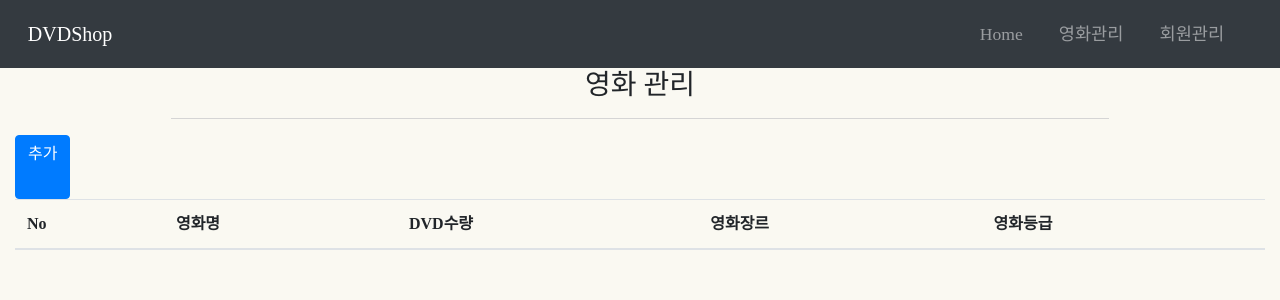
Repository: afterup/dvdshop
Page: http://localhost/shop_project/admin
These files come from the project's save history. The page is drawn as it stood at one moment and after the next save; the edit follows.
The browser window is 1280 px wide. The pictures show the whole page.
The page is served by Tomcat 9. Other server files are loaded and not shown. Queries for data that is not in the repository find no rows.

Above is the page before, as saved 2019-08-14 10:32:55.

### shop_project/WebContent/view/manager/admin.jsp
<%@ page language="java" contentType="text/html; charset=UTF-8"
	pageEncoding="UTF-8"%>
<%@taglib uri="http://java.sun.com/jsp/jstl/core"  prefix="c"%>
<!DOCTYPE html>
<html>

<head>
<meta charset="UTF-8">
<meta name="viewport" content="width=device-width, initial-scale=1.0">
<meta http-equiv="X-UA-Compatible" content="ie=edge">
<title>Document</title>
<link rel="stylesheet"
	href="https://stackpath.bootstrapcdn.com/bootstrap/4.3.1/css/bootstrap.min.css"
	integrity="sha384-ggOyR0iXCbMQv3Xipma34MD+dH/1fQ784/j6cY/iJTQUOhcWr7x9JvoRxT2MZw1T"
	crossorigin="anonymous">
<link rel="stylesheet" href="./css/style.css">
<link rel="stylesheet" href="https://maxcdn.bootstrapcdn.com/font-awesome/4.7.0/css/font-awesome.min.css">
</head>

<body id="adminPage">

	<!-- Navigation -->
	<%@ include file="/view/manager/adminHeader.jsp" %>

	<div class="container-fluid">
			<h3 class="text-center">영화 관리</h3>
			<hr class="light">
			<a href="admin?action=create" class="btn btn-primary padding">추가</a>
			<table class="table table-striped">
				<thead>
					<tr>
						<th scope="col">No</th>
						<th scope="col">영화명</th>
						<th scope="col">DVD수량</th>
						<th scope="col">영화장르</th>
						<th scope="col">영화등급</th>
					</tr>
				</thead>
				<tbody>
				<c:forEach items="${movieList }" var="movie">
						<tr>
							<th scope="row">${movie.MOVIEID }</th>
							<td>${movie.MOVIENM }</td>
							<td>${movie.DVDAMOUNT }</td>
							<td>${movie.GENRENM }</td>
							<td>${movie.WATCHGRADENM }</td>
							<td>
								<a class="btn btn-danger" href="admin?action=update&no=${movie.MOVIEID }">UP</a>
								<a class="btn btn-basic" href="admin?action=delete&no=${movie.MOVIEID }">DE</a>
							</td>
						</tr>
				</c:forEach>
				</tbody>
			</table>
		</div>

	<script src="https://code.jquery.com/jquery-3.3.1.slim.min.js"
		integrity="sha384-q8i/X+965DzO0rT7abK41JStQIAqVgRVzpbzo5smXKp4YfRvH+8abtTE1Pi6jizo"
		crossorigin="anonymous">

	</script>
	<script
		src="https://cdnjs.cloudflare.com/ajax/libs/popper.js/1.14.7/umd/popper.min.js"
		integrity="sha384-UO2eT0CpHqdSJQ6hJty5KVphtPhzWj9WO1clHTMGa3JDZwrnQq4sF86dIHNDz0W1"
		crossorigin="anonymous">

	</script>
	<script
		src="https://stackpath.bootstrapcdn.com/bootstrap/4.3.1/js/bootstrap.min.js"
		integrity="sha384-JjSmVgyd0p3pXB1rRibZUAYoIIy6OrQ6VrjIEaFf/nJGzIxFDsf4x0xIM+B07jRM"
		crossorigin="anonymous">

	</script>
</body>


</html>

### shop_project/WebContent/view/manager/adminHeader.jsp
<%@ page language="java" contentType="text/html; charset=UTF-8"
    pageEncoding="UTF-8"%>
<!DOCTYPE html>
<html>
<head>
<meta charset="UTF-8">
<title>Insert title here</title>
</head>
<body>
	<nav class="navbar navbar-expand-md navbar-dark bg-dark sticky-top">
		<div class="container-fluid">
			<a href="movie" class="navbar-brand">DVDShop</a>
			<button class="navbar-toggler" type="button" data-toggle="collapse"
				data-target="#navbarResponsive">
				<span class="navbar-toggler-icon"></span>
			</button>
			<div class="collapse navbar-collapse" id="navbarResponsive">
				<ul class="navbar-nav ml-auto">
					<li class="nav-item"><a class="nav-link" href="movie">Home</a></li>
					<li class="nav-item"><a class="nav-link" href="admin">영화관리</a></li>
					<li class="nav-item"><a class="nav-link"
						href="admin?action=user">회원관리</a></li>
				</ul>
			</div>
		</div>
	</nav>


</body>
</html>

### shop_project/src/com/movie/control/AdminServlet.java
package com.movie.control;

import java.io.IOException;
import java.sql.SQLException;
import java.util.List;

import javax.servlet.ServletException;
import javax.servlet.http.HttpServlet;
import javax.servlet.http.HttpServletRequest;
import javax.servlet.http.HttpServletResponse;

import com.movie.model.dao.AdminDAO;
import com.movie.model.dao.MovieDAO;
import com.movie.model.vo.MovieInfo;

public class AdminServlet extends HttpServlet {

	@Override
	protected void doPost(HttpServletRequest req, HttpServletResponse resp) throws ServletException, IOException {
		super.doPost(req, resp);
	}

	@Override
	protected void service(HttpServletRequest request, HttpServletResponse response) throws ServletException, IOException {

		request.setCharacterEncoding("UTF-8");

		String action = request.getParameter("action");
		System.out.println("action>"+action);

		AdminDAO dao = new AdminDAO();

		if(action==null) { //Admin 관리페이지. 영화
			try {
				List<MovieInfo> movieList = dao.selectAll();
				request.setAttribute("movieList", movieList);
			} catch (SQLException e) {
				e.printStackTrace();
			}
			request.getRequestDispatcher("/view/manager/admin.jsp").forward(request,response);
		}else if(action.equals("update")) {//영화 수정페이지
			try {
				int no = Integer.parseInt(request.getParameter("no"));
				System.out.println(no);
				List<MovieInfo> movieInfo = dao.selectInfo(no);
				request.setAttribute("movie", movieInfo.get(0));
				request.getRequestDispatcher("/view/manager/admin_update.jsp").forward(request,response);
			} catch (SQLException e) {
				e.printStackTrace();
			}
		}else if(action.equals("updateAction")) {//업데이트
			int movieid = Integer.parseInt(request.getParameter("no"));
			String movieNm = request.getParameter("movienm");
			String genreNm = request.getParameter("genrenm");
			String supervison = request.getParameter("supervison");
			String watchGradenm = request.getParameter("watchgradenm");
			String movieDesc = request.getParameter("moviedesc");
			int dvdamount = Integer.parseInt(request.getParameter("dvdamount"));

			MovieInfo movie = new MovieInfo(movieid,movieNm,null,movieDesc,genreNm,supervison,watchGradenm,dvdamount);
			System.out.println(movie);

			try {
				if(dao.updateMovie(movie)==1) {
					System.out.println("수정완료");
				}else {
					System.out.println("수정실패");
				}
				response.sendRedirect("admin");
			} catch (SQLException e) {
				e.printStackTrace();
			}
		}else if(action.equals("delete")) {
			int no = Integer.parseInt(request.getParameter("no"));
			System.out.println(no);
			try {
				if(dao.deleteMovie(no)==1) {
					System.out.println("삭제");

				}else {
					System.out.println("삭제실패");
				}
				response.sendRedirect("admin");
			} catch (SQLException e) {
				e.printStackTrace();
			}
		}else if(action.equals("insert")) {
			request.getRequestDispatcher("/view/manager/admin_insert.jsp").forward(request,response);

		}else if(action.equals("insertAction")) {
			String movieNm = request.getParameter("movienm");
			String genreNm = request.getParameter("genrenm");
			String supervison = request.getParameter("supervison");
			String watchGradenm = request.getParameter("watchgradenm");
			String movieDesc = request.getParameter("moviedesc");
			int dvdamount = Integer.parseInt(request.getParameter("dvdamount"));

			MovieInfo movie = new MovieInfo(0,movieNm,null,movieDesc,genreNm,supervison,watchGradenm,dvdamount);
			try {
				dao.insertMovie(movie);
				response.sendRedirect("admin");
			} catch (SQLException e) {
				e.printStackTrace();
			}

		}else if(action.equals("user")) {//회원, 대여관리

			request.getRequestDispatcher("/view/manager/admin_user.jsp").forward(request,response);
		}


	}
}

### shop_project/src/com/movie/model/dao/AdminDAO.java
package com.movie.model.dao;

import java.sql.SQLException;
import java.util.List;

import com.ibatis.sqlmap.client.SqlMapClient;
import com.movie.model.vo.MovieInfo;

import iba.MySqlMapClient;

public class AdminDAO {

	SqlMapClient sqlMap;

	public AdminDAO() {
		sqlMap = MySqlMapClient.getSqlMapInstance();
	}

	public List<MovieInfo> selectAll() throws SQLException {
		return sqlMap.queryForList("admin.selectAll");
	}

	public List<MovieInfo> selectInfo(int no) throws SQLException {
		return sqlMap.queryForList("admin.selectInfo",no);
	}

	public int updateMovie(MovieInfo movie) throws SQLException {
		return sqlMap.update("admin.movieUpdate",movie);
	}

	public int deleteMovie(int no) throws SQLException {
		return sqlMap.delete("admin.movieDelete",no);
	}

	public void insertMovie(MovieInfo movie) throws SQLException {
		sqlMap.insert("admin.movieInsert",movie);
	}
}

### shop_project/src/iba/MySqlMapClient.java
package iba;

import java.io.IOException;
import java.io.Reader;

import com.ibatis.common.resources.Resources;
import com.ibatis.sqlmap.client.SqlMapClient;
import com.ibatis.sqlmap.client.SqlMapClientBuilder;

public class MySqlMapClient {
   /*
       sqlMapConfig.xml문서(텍스트문서)를  객체화 시켜주는 클래스

                ★SqlMapClient클래스  : XML내에 작성된 sql문을 호출!!
    */

	private static final SqlMapClient sqlMap;

    static {

       try {
		String resource="./iba/sqlMapConfig.xml";
		   Reader reader = Resources.getResourceAsReader(resource);
		   sqlMap = SqlMapClientBuilder.buildSqlMapClient(reader);
	    } catch (IOException e) {
		  e.printStackTrace();
		  throw new RuntimeException("MySqlMapConfig초기화 중 에러: "+ e);
	   }
    }//static

    public static SqlMapClient getSqlMapInstance() {
    	return sqlMap;
    }
}

### shop_project/src/com/movie/model/vo/User.java
package com.movie.model.vo;

public class User {
	private String id;
	private String pass;
	private String email;
	private String address;


	public User() {
	}

	public User(String id, String pass, String email, String address) {
		super();
		this.id = id;
		this.pass = pass;
		this.email = email;
		this.address = address;
	}



	@Override
	public String toString() {
		return "User [id=" + id + ", pass=" + pass + ", email=" + email + ", address=" + address + "]";
	}



	public String getId() {
		return id;
	}

	public void setId(String id) {
		this.id = id;
	}

	public String getPass() {
		return pass;
	}

	public void setPass(String pass) {
		this.pass = pass;
	}

	public String getEmail() {
		return email;
	}

	public void setEmail(String email) {
		this.email = email;
	}

	public String getAddress() {
		return address;
	}

	public void setAddress(String address) {
		this.address = address;
	}



}

### shop_project/src/com/movie/model/vo/Rental.java
package com.movie.model.vo;

import java.sql.Date;

public class Rental {
	private int rentid;
	private Date rentdate;
	private String returnYN;
	private String userid;
	private int movieid;

	public Rental() {
	}

	public Rental(int rentid, Date rentdate, String returnYN, String userid, int movieid) {
		super();
		this.rentid = rentid;
		this.rentdate = rentdate;
		this.returnYN = returnYN;
		this.userid = userid;
		this.movieid = movieid;
	}



	@Override
	public String toString() {
		return "Rental [rentid=" + rentid + ", rentdate=" + rentdate + ", returnYN=" + returnYN + ", userid=" + userid
				+ ", movieid=" + movieid + "]";
	}


	public int getRentid() {
		return rentid;
	}

	public void setRentid(int rentid) {
		this.rentid = rentid;
	}

	public Date getRentdate() {
		return rentdate;
	}

	public void setRentdate(Date rentdate) {
		this.rentdate = rentdate;
	}

	public String getReturnYN() {
		return returnYN;
	}

	public void setReturnYN(String returnYN) {
		this.returnYN = returnYN;
	}

	public String getUserid() {
		return userid;
	}

	public void setUserid(String userid) {
		this.userid = userid;
	}

	public int getMovieid() {
		return movieid;
	}

	public void setMovieid(int movieid) {
		this.movieid = movieid;
	}




}

### shop_project/src/com/movie/model/vo/MovieInfo.java
package com.movie.model.vo;

public class MovieInfo {
	private int movieid;
	private String movienm;
	private String movieimg;
	private String moviedesc;
	private String genrenm;
	private String supervison;
	private String watchGradeNm;
	private int dvdamount;

	public MovieInfo(int movieid, String movienm, String movieimg, String moviedesc, String genrenm, String supervison,
			String watchGradeNm, int dvdamount) {
		super();
		this.movieid = movieid;
		this.movienm = movienm;
		this.movieimg = movieimg;
		this.moviedesc = moviedesc;
		this.genrenm = genrenm;
		this.supervison = supervison;
		this.watchGradeNm = watchGradeNm;
		this.dvdamount = dvdamount;
	}

	@Override
	public String toString() {
		return "MovieInfo [movieid=" + movieid + ", movienm=" + movienm + ", movieimg=" + movieimg + ", moviedesc="
				+ moviedesc + ", genrenm=" + genrenm + ", supervison=" + supervison + ", watchGradeNm=" + watchGradeNm
				+ ", dvdamount=" + dvdamount + "]";
	}

	public int getMovieid() {
		return movieid;
	}

	public void setMovieid(int movieid) {
		this.movieid = movieid;
	}

	public String getMovienm() {
		return movienm;
	}

	public void setMovienm(String movienm) {
		this.movienm = movienm;
	}

	public String getMovieimg() {
		return movieimg;
	}

	public void setMovieimg(String movieimg) {
		this.movieimg = movieimg;
	}

	public String getMoviedesc() {
		return moviedesc;
	}

	public void setMoviedesc(String moviedesc) {
		this.moviedesc = moviedesc;
	}

	public String getGenrenm() {
		return genrenm;
	}

	public void setGenrenm(String genrenm) {
		this.genrenm = genrenm;
	}

	public String getSupervison() {
		return supervison;
	}

	public void setSupervison(String supervison) {
		this.supervison = supervison;
	}

	public String getWatchGradeNm() {
		return watchGradeNm;
	}

	public void setWatchGradeNm(String watchGradeNm) {
		this.watchGradeNm = watchGradeNm;
	}

	public int getDvdamount() {
		return dvdamount;
	}

	public void setDvdamount(int dvdamount) {
		this.dvdamount = dvdamount;
	}



}

### shop_project/WebContent/css/style.css
html,
body {
    height: 100%;
    width: 100%;
    font-family: "sans-serif";
}

img {
    width: 100%;
}

#adminPage {
    background-color: rgb(250, 249, 242);
}

.navbar {
    padding: .8rem;
}

.navbar-nav li {
    padding-right: 20px;
}

.nav-link {
    font-size: 1.1em !important;
}

.carousel-inner img {
    width: 100%;
    height: 100%;
}

.btn-info {
    background-color: rgb(57, 55, 66);
    color: rgb(240, 240, 240);
    border-color: rgb(57, 55, 66);
}

.jumbotron {
    padding: 1rem;
}

.padding {
    padding-bottom: 2rem;
}

footer {
    background-color: #3f3f3f;
    color: #d5d5d5;
    padding: 2rem;
}

hr.light {
    border-top: 1px solid #d5d5d5;
    width: 75%;
}

After the next save:
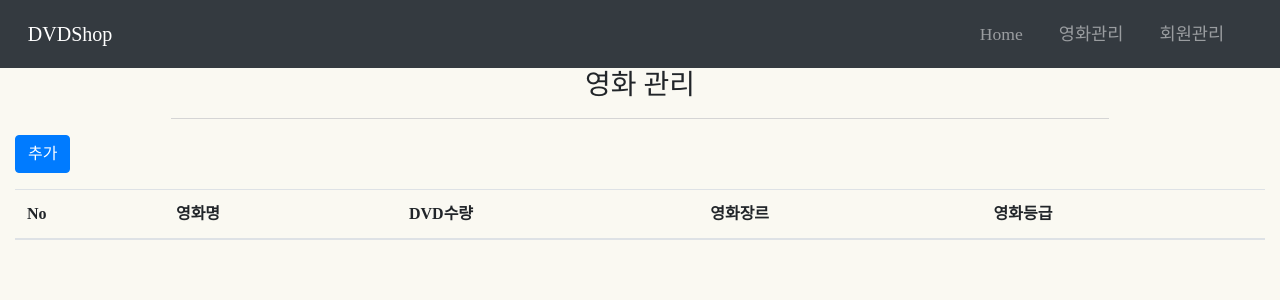
Saved 10 s later.
--- a/shop_project/WebContent/view/manager/admin.jsp
+++ b/shop_project/WebContent/view/manager/admin.jsp
@@ -25,7 +25,7 @@
 	<div class="container-fluid">
 			<h3 class="text-center">영화 관리</h3>
 			<hr class="light">
-			<a href="admin?action=create" class="btn btn-primary padding">추가</a>
+			<a href="admin?action=create" class="btn btn-primary mb-3">추가</a>
 			<table class="table table-striped">
 				<thead>
 					<tr>
